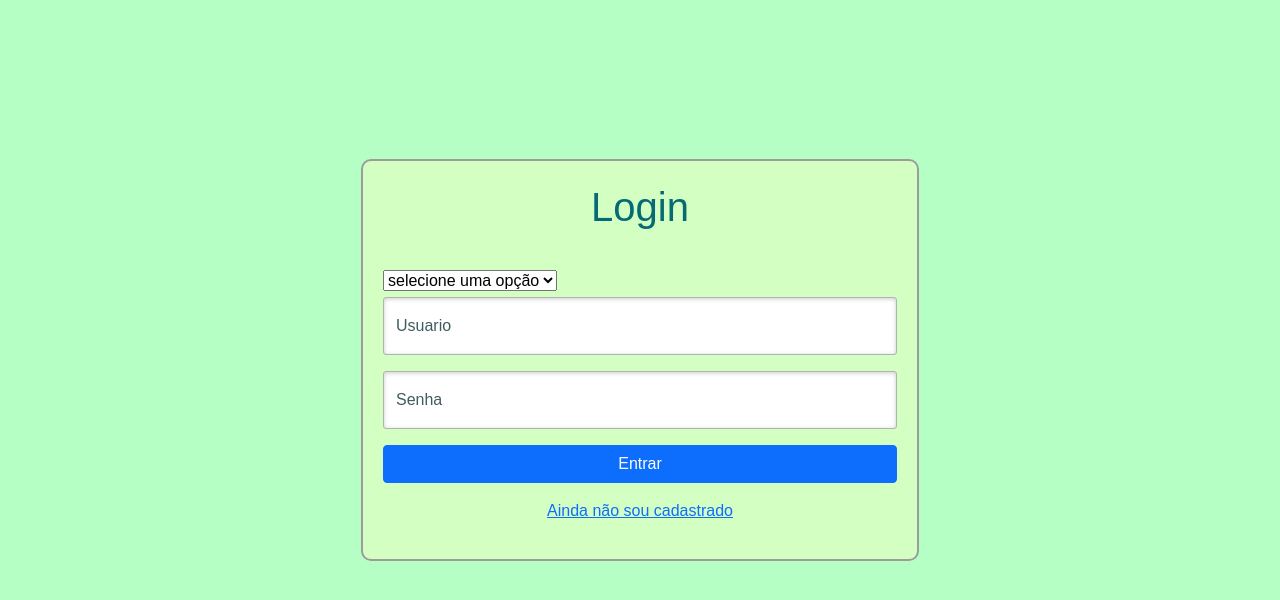
Repository: DavidCostaMariano/gsjava
Page: http://localhost/GsJava/form/formAgendarConsulta.jsp
An editor plug-in stored every save of this project. The page is shown before and after the next save, followed by the edit.
The browser window is 1280 px wide. The pictures show the whole page.
The page is served by Tomcat 9. Other server files are loaded and not shown.

Above is the page before, as saved 2023-11-15 19:15:05.

### GsJava/src/main/webapp/form/formAgendarConsulta.jsp
<%@ page language="java" contentType="text/html; charset=UTF-8"
	pageEncoding="UTF-8"%>
<!DOCTYPE html>
<html>
<head>
<meta charset="ISO-8859-1">
<title>Cliente - Agendar Consulta</title>
<meta name="viewport" content="width=device-width, initial-scale=1.0">
<link rel="stylesheet" type="text/css" href="css/estilo.css" />
<link
	href="https://cdn.jsdelivr.net/npm/bootstrap@5.0.2/dist/css/bootstrap.min.css"
	rel="stylesheet"
	integrity="sha384-EVSTQN3/azprG1Anm3QDgpJLIm9Nao0Yz1ztcQTwFspd3yD65VohhpuuCOmLASjC"
	crossorigin="anonymous">

</head>

<body>
	<div class="container">

		<form method="post" action="login">
			<h1>Login</h1>
			<select>
			<option value="0">selecione uma opção</option>
			<option value="0">Neurologista</option>
			</select>
			<div class="form-floating mb-3">
				<input type="text" name="floatingInputLogin"
					class="form-control w-100" id="floatingInputLogin"
					placeholder="name@example.com"> <label
					for="floatingInputLogin">Usuario</label>
			</div>
			<div class="form-floating mb-3">
				<input type="password" name="floatingInputSenha"
					class="form-control w-100" id="floatingInputSenha"
					placeholder="MinhaSenha"> <label for="floatingInput">Senha</label>
			</div>
			<div class="d-flex justify-content-center row">
				<div class="col-12">

					<button type="submit" class="btn btn-primary w-100">Entrar</button>
				</div>
				<div class="col-12 text-center pt-3">
					<p>
						<a href="form/formCadastro.jsp">Ainda não sou cadastrado</a>
					</p>

				</div>
			</div>
		</form>
	</div>
	<script
		src="https://cdn.jsdelivr.net/npm/bootstrap@5.0.2/dist/js/bootstrap.bundle.min.js"
		integrity="sha384-MrcW6ZMFYlzcLA8Nl+NtUVF0sA7MsXsP1UyJoMp4YLEuNSfAP+JcXn/tWtIaxVXM"
		crossorigin="anonymous"></script>

</body>

</html>

### GsJava/src/main/webapp/css/estilo.css
@charset "ISO-8859-1";

body {
    height: 100vh;
    background-color: #54ff776e!important;
}

*,
*:before,
*:after {
    margin: 0;
    padding: 0;
    font-family: Arial, sans-serif;
}

/* remove a linha dos links */
a {
    text-decoration: none;
}
/* esconde as ancoras da tela */
a.links {
    display: none;
}
form{
    width: 50%;
    border: 2px #9c9c9c solid;
    border-radius: 10px;
    padding: 20px;
    background-color: #fdffc06e;
}
.container {
    height: 100%;
    display: flex;
    justify-content: center;
    align-items: center;
}

.content {
    width: 500px;
    min-height: 560px;
    margin: 0px auto;
    position: relative;
}

h1 {
    font-size: 48px;
    color: #066a75;
    padding: 2px 0 10px 0;
    font-family: Arial, sans-serif;
    font-weight: bold;
    text-align: center;
    padding-bottom: 30px;
}

/* h1:after {
    content: ' ';
    display: block;
    width: 100%;
    height: 2px;
    margin-top: 10px;
    background: -webkit-linear-gradient(left, rgba(147, 184, 189, 0) 0%, rgba(147, 184, 189, 0.8) 20%, rgba(147, 184, 189, 1) 53%, rgba(147, 184, 189, 0.8) 79%, rgba(147, 184, 189, 0) 100%);
    background: linear-gradient(left, rgba(147, 184, 189, 0) 0%, rgba(147, 184, 189, 0.8) 20%, rgba(147, 184, 189, 1) 53%, rgba(147, 184, 189, 0.8) 79%, rgba(147, 184, 189, 0) 100%);
}
 */
p {
    margin-bottom: 15px;
}

.content p:first-child {
    margin: 0px;
}

label {
    color: #405c60;
    position: relative;
}

/* placeholder */
::-webkit-input-placeholder {
    color: #bebcbc;
    font-style: italic;
}

input:-moz-placeholder,
textarea:-moz-placeholder {
    color: #bebcbc;
    font-style: italic;
}

input {
    outline: none;
}

/*estilo dos input,  menos o checkbox */
input:not([type="checkbox"]) {
    width: 95%;
    margin-top: 4px;
    padding: 10px;
    border: 1px solid #b2b2b2;

    -webkit-border-radius: 3px;
    border-radius: 3px;

    -webkit-box-shadow: 0px 1px 4px 0px rgba(168, 168, 168, 0.6) inset;
    box-shadow: 0px 1px 4px 0px rgba(168, 168, 168, 0.6) inset;

    -webkit-transition: all 0.2s linear;
    transition: all 0.2s linear;
}

/*estilo do botão submit */
input[type="submit"] {
    width: 100% !important;
    cursor: pointer;
    background: rgb(61, 157, 179);
    padding: 8px 5px;
    color: #fff;
    font-size: 20px;
    border: 1px solid #fff;
    margin-bottom: 10px;
    text-shadow: 0 1px 1px #333;

    -webkit-border-radius: 5px;
    border-radius: 5px;

    transition: all 0.2s linear;
}

/*estilo do botão submit no hover */
input[type="submit"]:hover {
    background: #4ab3c6;
}

.link {
    position: absolute;
    background: #e1eaeb;
    color: #7f7c7c;
    left: 0px;
    height: 20px;
    width: 440px;
    padding: 17px 30px 20px 30px;
    font-size: 16px;
    text-align: right;
    border-top: 1px solid #dbe5e8;

    -webkit-border-radius: 0 0 5px 5px;
    border-radius: 0 0 5px 5px;
}

.link a {
    font-weight: bold;
    background: #f7f8f1;
    padding: 6px;
    color: rgb(29, 162, 193);
    margin-left: 10px;
    border: 1px solid #cbd518;

    -webkit-border-radius: 4px;
    border-radius: 4px;

    -webkit-transition: all 0.4s linear;
    transition: all 0.4s linear;
}

.link a:hover {
    color: #39bfd7;
    background: #f7f7f7;
    border: 1px solid #4ab3c6;
}

#cadastro,
#login {
    position: absolute;
    padding: 18px 6% 60px 6%;
    margin: 0 0 35px 0;
    background: #f7f7f7;
    border: 1px solid rgba(147, 184, 189, 0.8);
    border-radius: 5px;
}

/* Efeito ao clicar no botão ( Ir para Login ) */
#paracadastro:target~.content #cadastro,
#paralogin:target~.content #login {
    z-index: 2;
    -webkit-animation-name: fadeInLeft;
    animation-name: fadeInLeft;

    -webkit-animation-delay: .1s;
    animation-delay: .1s;
}

/* Efeito ao clicar no botão ( Cadastre-se ) */
#registro:target~.content #login,
#paralogin:target~.content #cadastro {
    -webkit-animation-name: fadeOutLeft;
    animation-name: fadeOutLeft;
}

/*fadeInLeft*/
@-webkit-keyframes fadeInLeft {
    0% {
        opacity: 0;
        -webkit-transform: translateX(-20px);
    }

    100% {
        opacity: 1;
        -webkit-transform: translateX(0);
    }
}

@keyframes fadeInLeft {
    0% {
        opacity: 0;
        transform: translateX(-20px);
    }

    100% {
        opacity: 1;
        transform: translateX(0);
    }
}

/*fadeOutLeft*/
@-webkit-keyframes fadeOutLeft {
    0% {
        opacity: 1;
        -webkit-transform: translateX(0);
    }

    100% {
        opacity: 0;
        -webkit-transform: translateX(-20px);
    }
}

@keyframes fadeOutLeft {
    0% {
        opacity: 1;
        transform: translateX(0);
    }

    100% {
        opacity: 0;
        transform: translateX(-20px);
    }
}

After the next save:
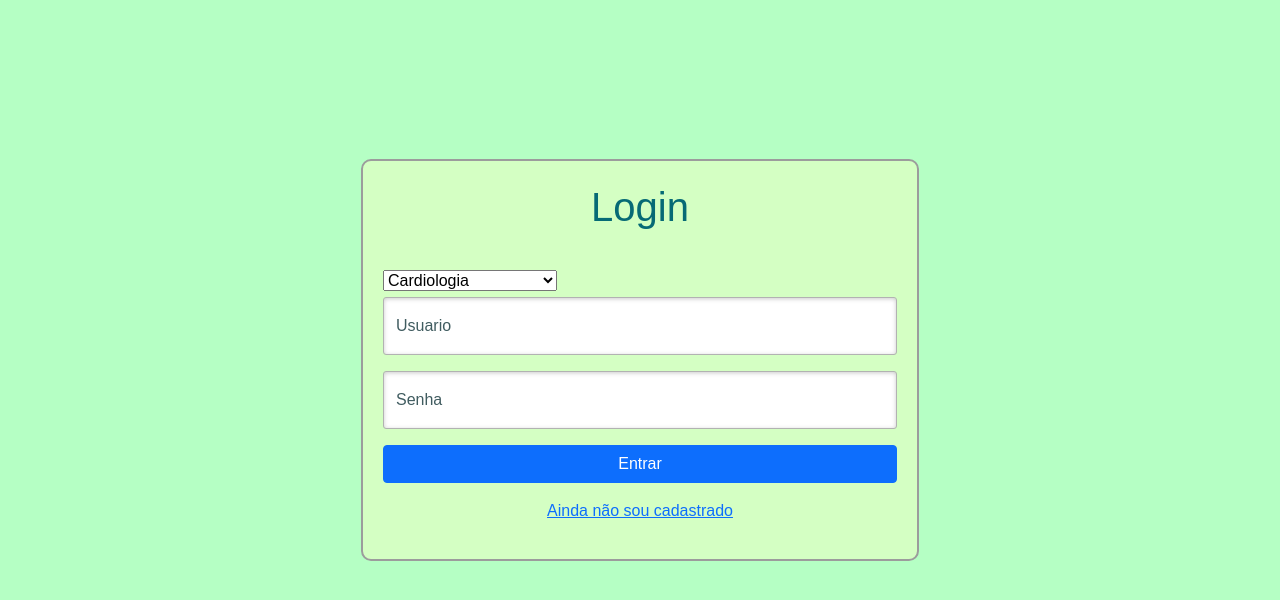
Saved 36 s later.
--- a/GsJava/src/main/webapp/form/formAgendarConsulta.jsp
+++ b/GsJava/src/main/webapp/form/formAgendarConsulta.jsp
@@ -21,8 +21,10 @@
 		<form method="post" action="login">
 			<h1>Login</h1>
 			<select>
-			<option value="0">selecione uma opção</option>
-			<option value="0">Neurologista</option>
+			<option value="0" disabled>selecione uma opção</option>
+			<option value="1">Cardiologia</option>
+			<option value="2">Neurologista</option>
+			<option value="3">Psiquiatria</option>
 			</select>
 			<div class="form-floating mb-3">
 				<input type="text" name="floatingInputLogin"

After the save that followed:
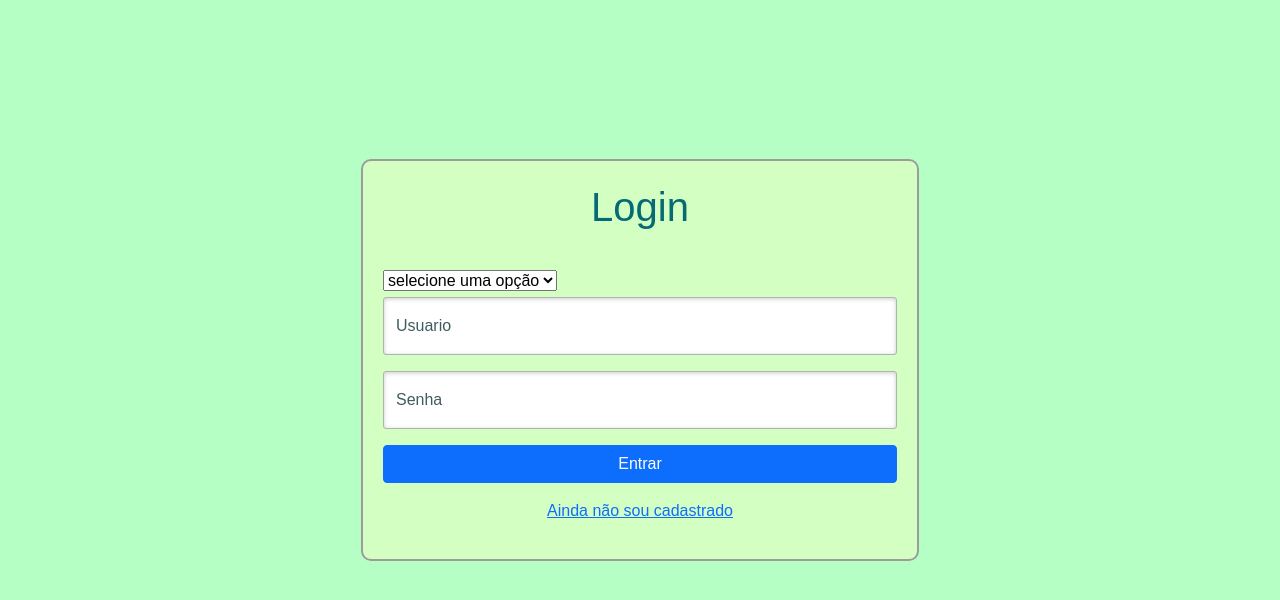
Saved 15 s later.
--- a/GsJava/src/main/webapp/form/formAgendarConsulta.jsp
+++ b/GsJava/src/main/webapp/form/formAgendarConsulta.jsp
@@ -21,7 +21,7 @@
 		<form method="post" action="login">
 			<h1>Login</h1>
 			<select>
-			<option value="0" disabled>selecione uma opção</option>
+			<option value="0" disabled selected>selecione uma opção</option>
 			<option value="1">Cardiologia</option>
 			<option value="2">Neurologista</option>
 			<option value="3">Psiquiatria</option>
